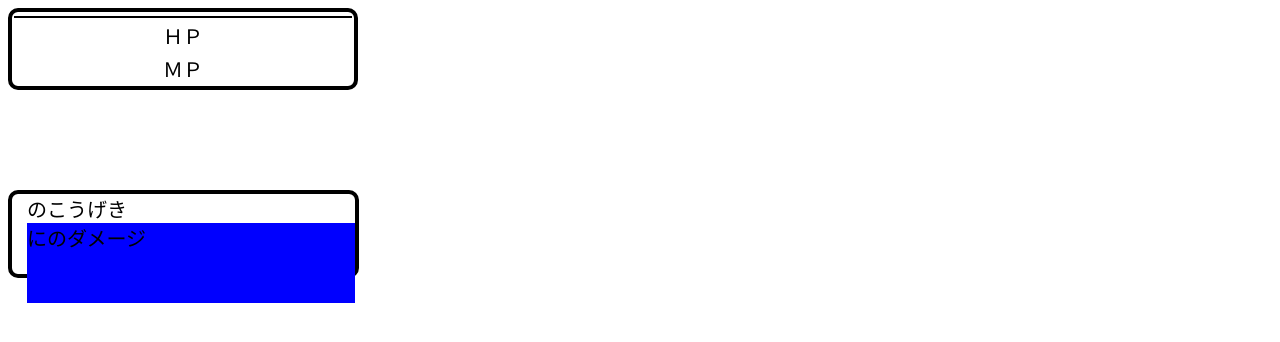
Repository: kousuke-2047/test
Page: http://localhost/Oldmove/battle.jsp
The author's editor kept a copy of each file at every save. The page is drawn from the files as they stood at one save, then again after the next save.
The browser window is 1280 px wide. The pictures show the whole page.
The page is served by Tomcat 9.

Above is the page before, as saved 2018-06-26 05:26:48.

After the next save:
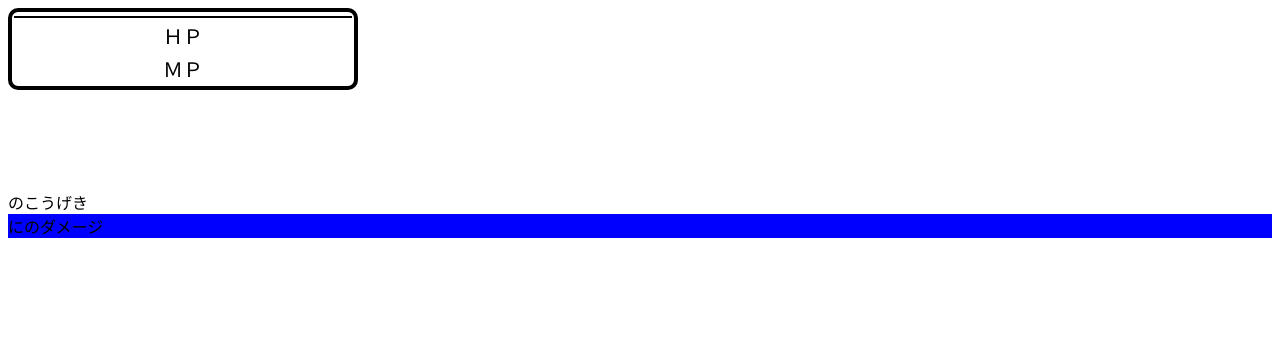
Saved 92 s later.
--- a/Oldmove/WebContent/battle.jsp
+++ b/Oldmove/WebContent/battle.jsp
@@ -16,7 +16,9 @@
 	</script>
 
 
-
+	<a href ='<s:url action="BattleAction">
+	<s:param name="attacknumber" value="attacknumber"/>
+	</s:url>'>
 	<table>
 		<tr  class="namebox">
 			<td class="smalltd"></td>
@@ -47,13 +49,12 @@
 
 	</div>
 
-	<div class="textbox">
 		<s:property value="session.attackname"/>のこうげき<br>
 		<div class="textafterbox">
 		<s:property value="session.defensename"/>に<s:property value ="session.damage"/>のダメージ
 		</div>
 	</div>
-
+	</a>
 
 </body>
 </html>

After the save that followed:
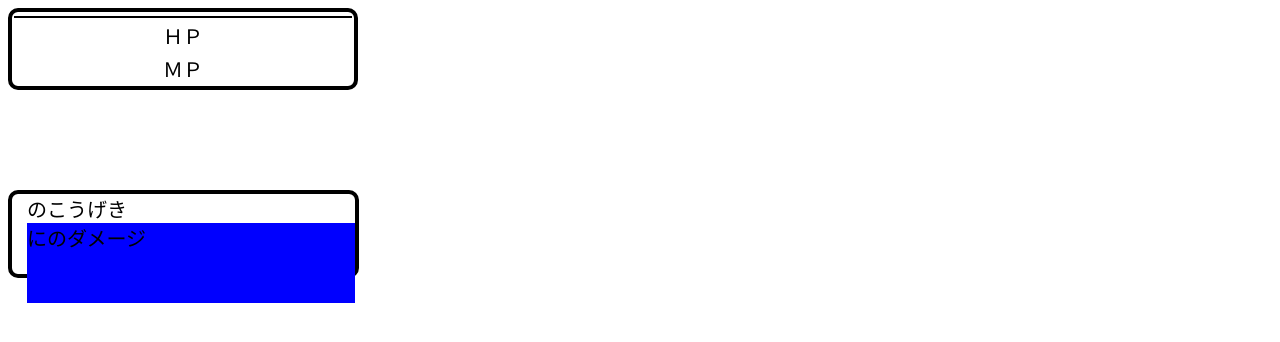
Saved 62 s later.
--- a/Oldmove/WebContent/battle.jsp
+++ b/Oldmove/WebContent/battle.jsp
@@ -49,6 +49,7 @@
 
 	</div>
 
+	<div class ="textbox">
 		<s:property value="session.attackname"/>のこうげき<br>
 		<div class="textafterbox">
 		<s:property value="session.defensename"/>に<s:property value ="session.damage"/>のダメージ
